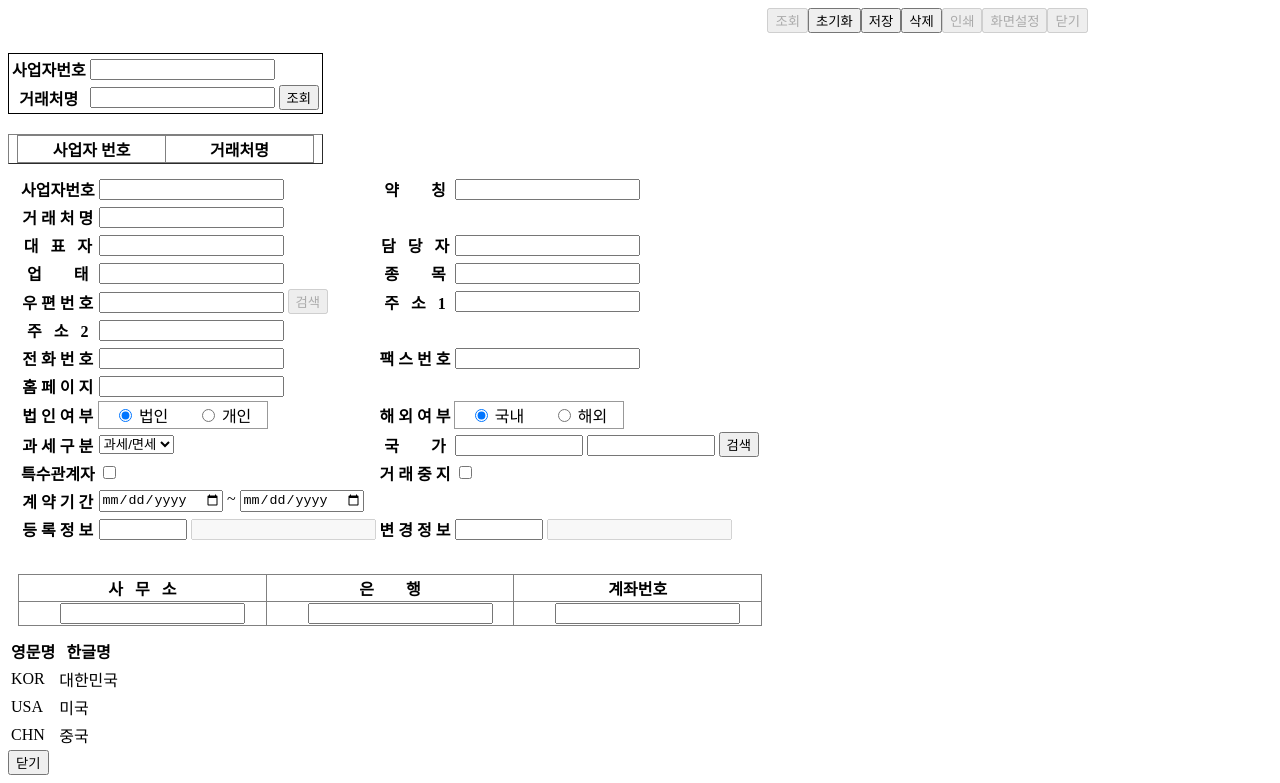
Repository: Chocobe/-practice-FrontSide-Tip
Page: http://localhost/wishTestProject/views/accountManager/accountManagerView.jsp
An editor plug-in stored every save of this project. The page is shown before and after the next save, followed by the edit.
The browser window is 1280 px wide. The pictures show the whole page.
The page is served by Tomcat 9. Nobody is signed in. The application's start-up code is not run.

Above is the page before, as saved 2020-02-27 08:01:33.

After the next save:
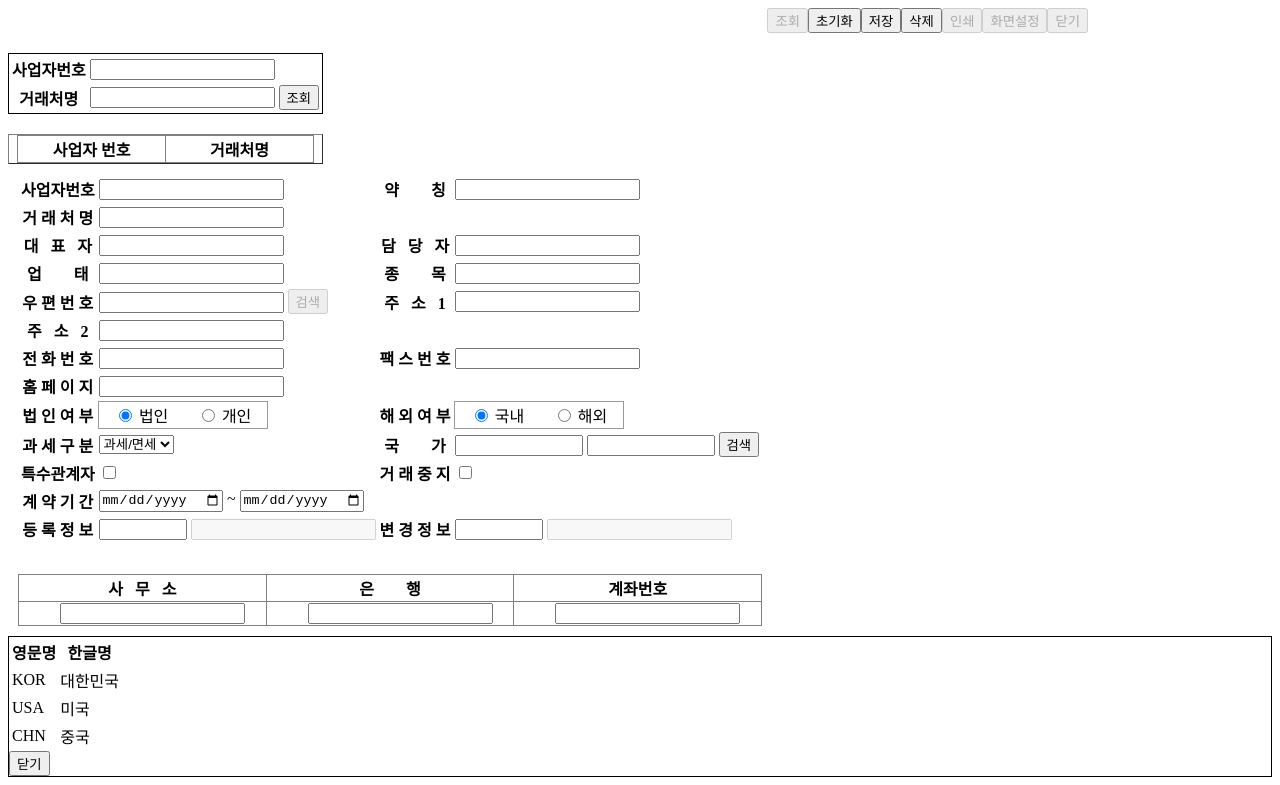
Saved 30 s later.
--- a/wishTest/wishTestProject/WebContent/css/accountManager/accountManagerView.css
+++ b/wishTest/wishTestProject/WebContent/css/accountManager/accountManagerView.css
@@ -92,3 +92,11 @@
     .voModiInfoMan {
     	width: 80px;
     }
+
+
+/* 국가선택 팝업 */
+    .countryPop {
+    	border: 1px solid #000;
+
+    	display: fixed;
+    }
